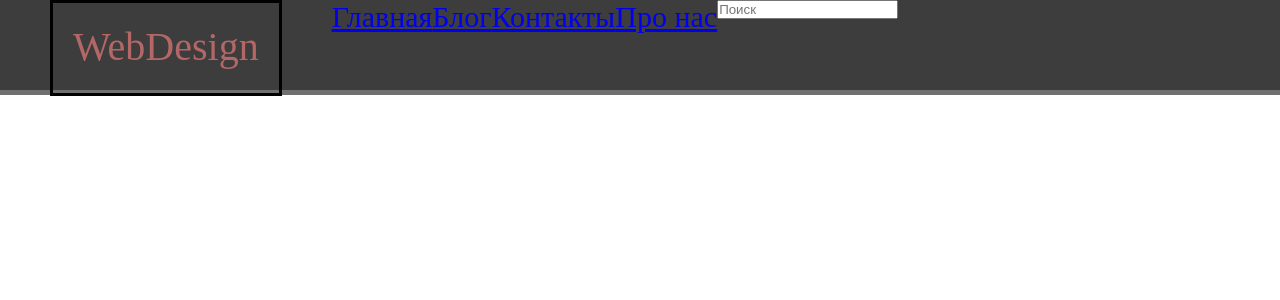
Repository: andbaik/Itprog
Page: index.htm
The author's editor kept a copy of each file at every save. The page is drawn from the files as they stood at one save, then again after the next save.
The browser window is 1280 px wide. The pictures show the whole page.

Above is the page before, as saved 2021-01-19 16:02:06.

### index.htm
<!DOCTYPE html>
<html lang="en">
<head>
    <meta charset="UTF-8">
    <meta name="viewport" content="width=device-width, initial-scale=1.0">
    <link rel="stylesheet" href="css/style.css">
    <title>Моя страница</title>
</head>
<body>
    <div class="header">
        <div class="logo">
            <a href="#">WebDesign</a>
        </div>
        <div class="nav">
                <ul>
                    <li><a href="#">Главная</a></li>
                    <li><a href="#">Блог</a></li>
                    <li><a href="#">Контакты</a></li>
                    <li><a href="#">Про нас</a></li>
                </ul>
        </div>
        <div class="search">
            <form action="" method="POST" id="search" name="search">
                <input type="text" placeholder="Поиск">
            </form>
        </div>
    </div>
</body>
</html>

### css/style.css
* {
    margin: 0;
    padding: 0;
}

.header {
    display: flex;
    vertical-align: center;
    width: 100%;
    height: 90px;
    background-color: #3D3D3D;
    border-bottom: 5px solid #6F6F6F;

}
.logo {
    height: 50px;
    weight: 150px;
    margin: 0px 50px;
    padding: 20px;
    border: 3px solid black;
    vertical-align: center;
}
.logo a{
    color: #B36767;
    text-decoration: none;
    text-align: center;
    font-size: 40px;


}

li{
    color: #fff;
    font-size: 30px;
    list-style-type: none;
    text-decoration: none;
}

.header ul {
    display: flex;
}

After the next save:
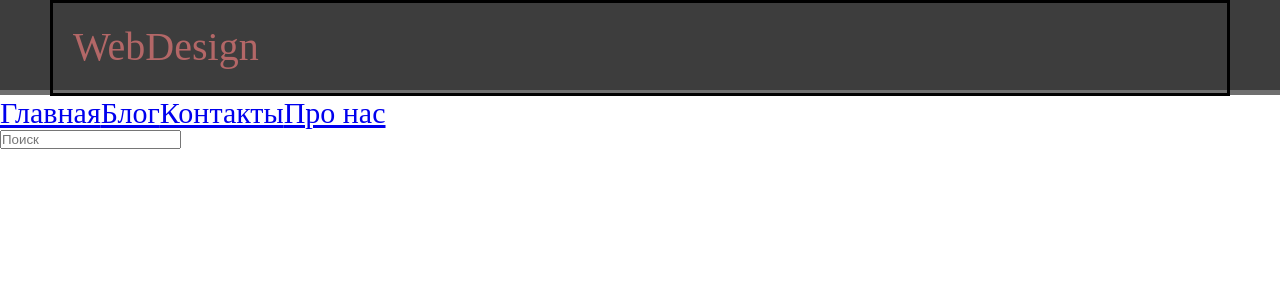
Saved 33 s later.
--- a/css/style.css
+++ b/css/style.css
@@ -4,7 +4,7 @@
 }
 
 .header {
-    display: flex;
+    display:;
     vertical-align: center;
     width: 100%;
     height: 90px;
